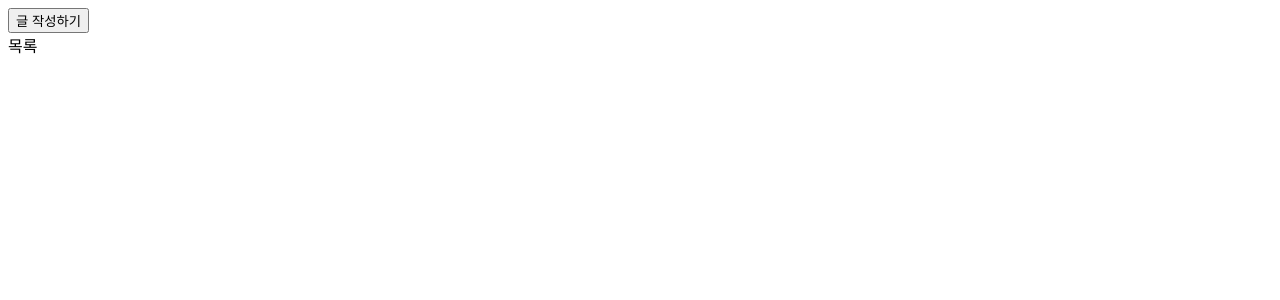
Repository: jennienterry/Board
Page: http://localhost/BoardVer3/list3
The author's editor kept a copy of each file at every save. The page is drawn from the files as they stood at one save, then again after the next save.
The browser window is 1280 px wide. The pictures show the whole page.
The page is served by Tomcat 9.

Above is the page before, as saved 2021-04-29 05:39:54.

After the next save:
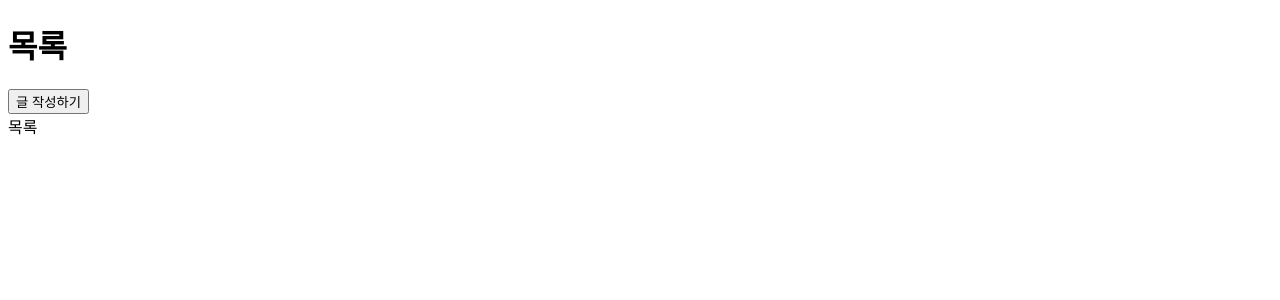
Saved 16 s later.
--- a/WebWorkspace/BoardVer3/src/main/webapp/WEB-INF/view/list3.jsp
+++ b/WebWorkspace/BoardVer3/src/main/webapp/WEB-INF/view/list3.jsp
@@ -7,6 +7,7 @@
 <title>목록</title>
 </head>
 <body>
+<h1>목록</h1>
 	<div><a href="/write3"><button>글 작성하기</button></a></div>
 	<div>목록</div>
 </body>
